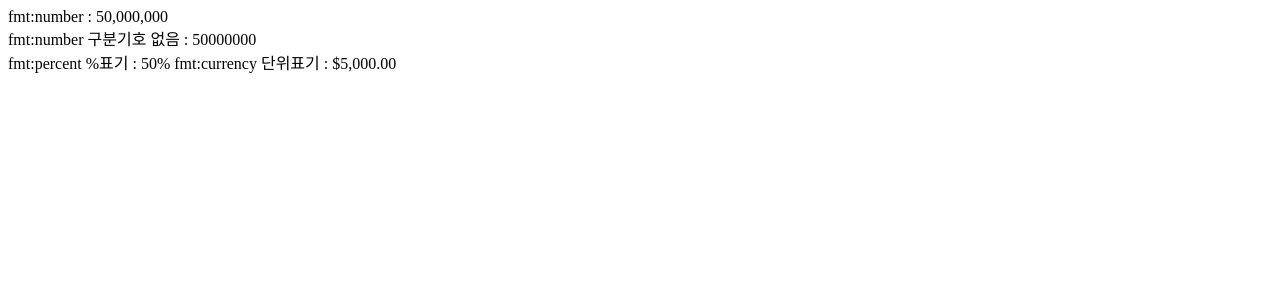
Repository: UnibusK/Java-Study
Page: http://localhost/JSP32/
These files come from the project's save history. The page is drawn as it stood at one moment and after the next save; the edit follows.
The browser window is 1280 px wide. The pictures show the whole page.
The page is served by Tomcat 9.

Above is the page before, as saved 2023-12-07 07:13:51.

### JSP/JSP32/src/main/webapp/index.jsp
<%@ page language="java" contentType="text/html; charset=UTF-8"
    pageEncoding="UTF-8"%>
<%@ taglib uri="http://java.sun.com/jsp/jstl/core" prefix="c" %>
<%--포멧 태그 불러오기 --%>
<%@ taglib uri="http://java.sun.com/jsp/jstl/fmt" prefix="fmt" %>
<!DOCTYPE html>
<html>
	<head>
		<meta charset="UTF-8">
		<title>JSTL 포멧태그 사용</title>
	</head>
	<body>
		<c:set var="num" value="50000000" scope="page"></c:set>
		fmt:number : <fmt:formatNumber value="${num }" type="number"></fmt:formatNumber><br>
		fmt:number 구분기호 없음 : <fmt:formatNumber value="${num }" type="number" groupingUsed="false"></fmt:formatNumber><br>
		fmt:percent %표기 : <fmt:formatNumber value="0.5" type="percent"></fmt:formatNumber>
		fmt:currency 단위표기 : <fmt:formatNumber value="5000" type="currency"></fmt:formatNumber>
	</body>
</html>

After the next save:
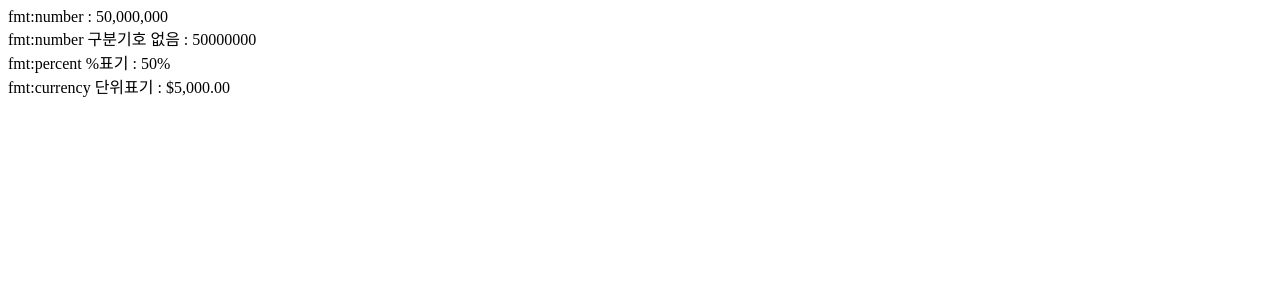
Saved 7 s later.
--- a/JSP/JSP32/src/main/webapp/index.jsp
+++ b/JSP/JSP32/src/main/webapp/index.jsp
@@ -13,7 +13,7 @@
 		<c:set var="num" value="50000000" scope="page"></c:set>
 		fmt:number : <fmt:formatNumber value="${num }" type="number"></fmt:formatNumber><br>
 		fmt:number 구분기호 없음 : <fmt:formatNumber value="${num }" type="number" groupingUsed="false"></fmt:formatNumber><br>
-		fmt:percent %표기 : <fmt:formatNumber value="0.5" type="percent"></fmt:formatNumber>
+		fmt:percent %표기 : <fmt:formatNumber value="0.5" type="percent"></fmt:formatNumber><br>
 		fmt:currency 단위표기 : <fmt:formatNumber value="5000" type="currency"></fmt:formatNumber>
 	</body>
 </html>
